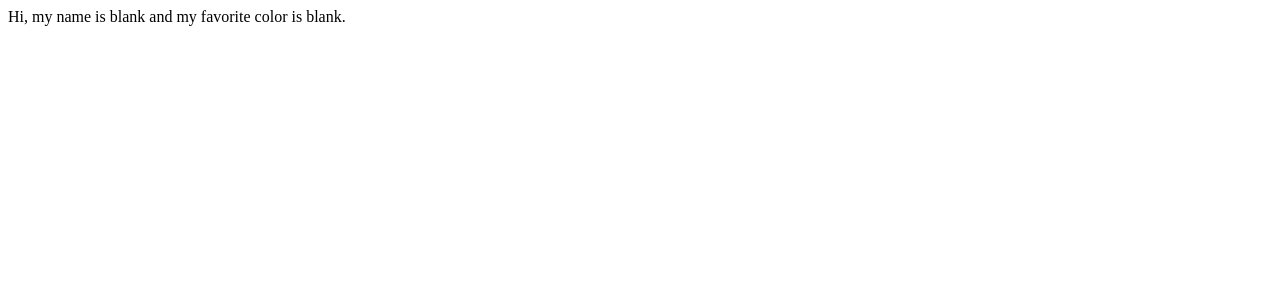
Repository: sdnw/fictional-university
Page: http://localhost/
An editor plug-in stored every save of this project. The page is shown before and after a run of saves, followed by the edit.
The browser window is 1280 px wide. The pictures show the whole page.
The page is run by PHP 8.4 with error messages shown; the project is at /var/www/html/.

Above is the page before, as saved 2023-02-15 14:37:28.

After the next 2 saves:
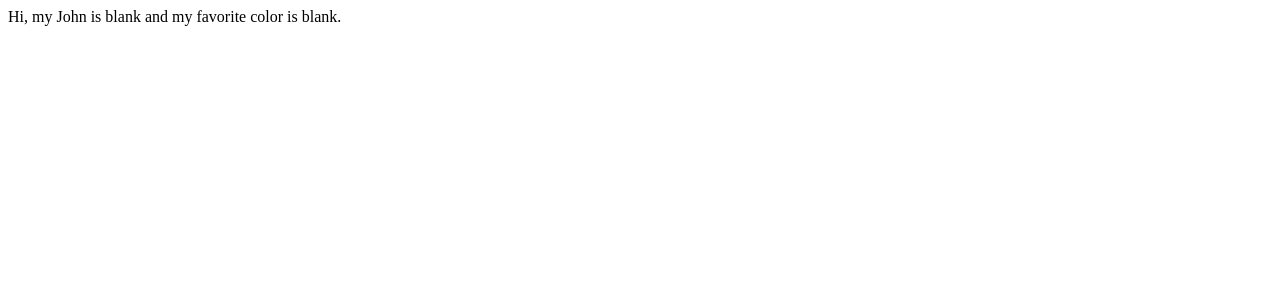
The 2 saves are shown as one change because they came seconds apart.
The last was saved 5 s later.
--- a/index.php
+++ b/index.php
@@ -1,6 +1,6 @@
 <?php
     function greet($name, $color) {
-        echo "<p>Hi, my name is blank and my favorite color is blank.</p>";
+        echo "<p>Hi, my $name is blank and my favorite color is blank.</p>";
     }
 
     greet('John', 'blue');

After the save that followed:
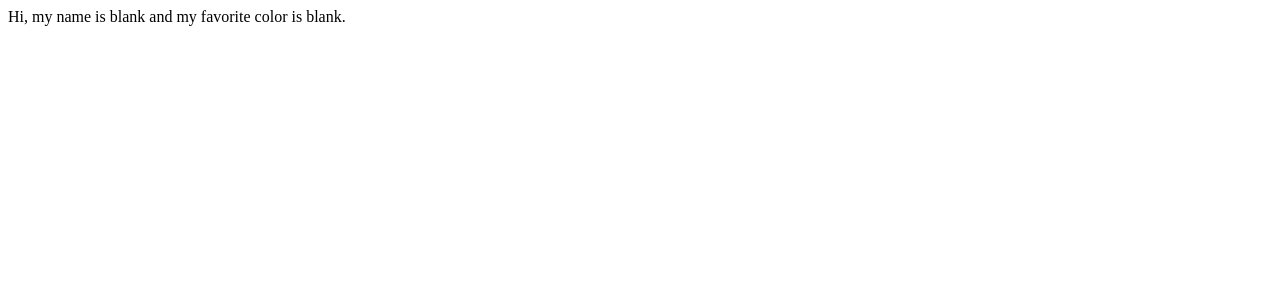
Saved 10 s later.
--- a/index.php
+++ b/index.php
@@ -1,6 +1,6 @@
 <?php
     function greet($name, $color) {
-        echo "<p>Hi, my $name is blank and my favorite color is blank.</p>";
+        echo "<p>Hi, my name is blank and my favorite color is blank.</p>";
     }
 
     greet('John', 'blue');
